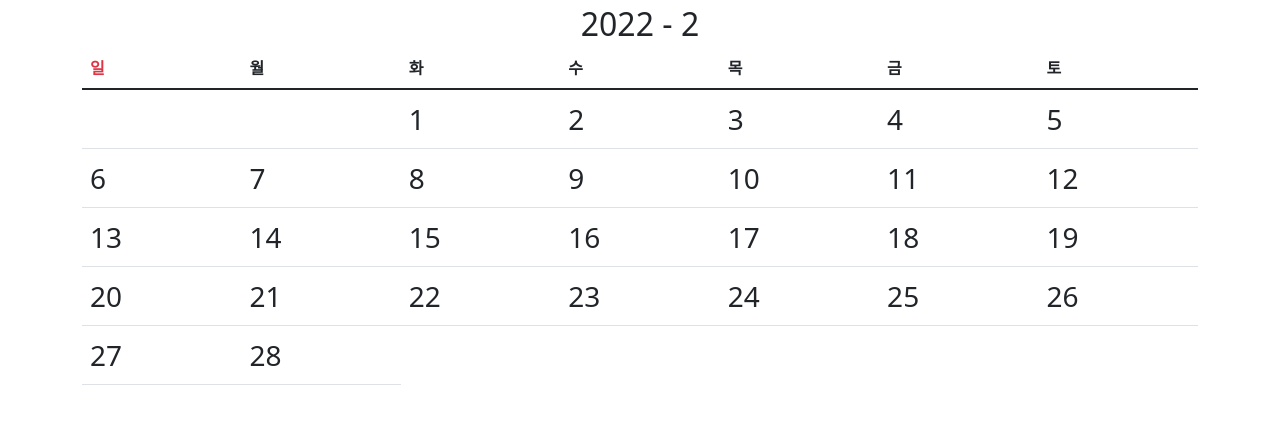
Repository: Visionary1/fullstack-dev-study
Page: http://localhost/Test/lesson02/quiz10.jsp
The author's editor kept a copy of each file at every save. The page is drawn from the files as they stood at one save, then again after the next save.
The browser window is 1280 px wide. The pictures show the whole page.
The page is served by Tomcat 9.

Above is the page before, as saved 2022-02-13 18:08:01.

After the next save:
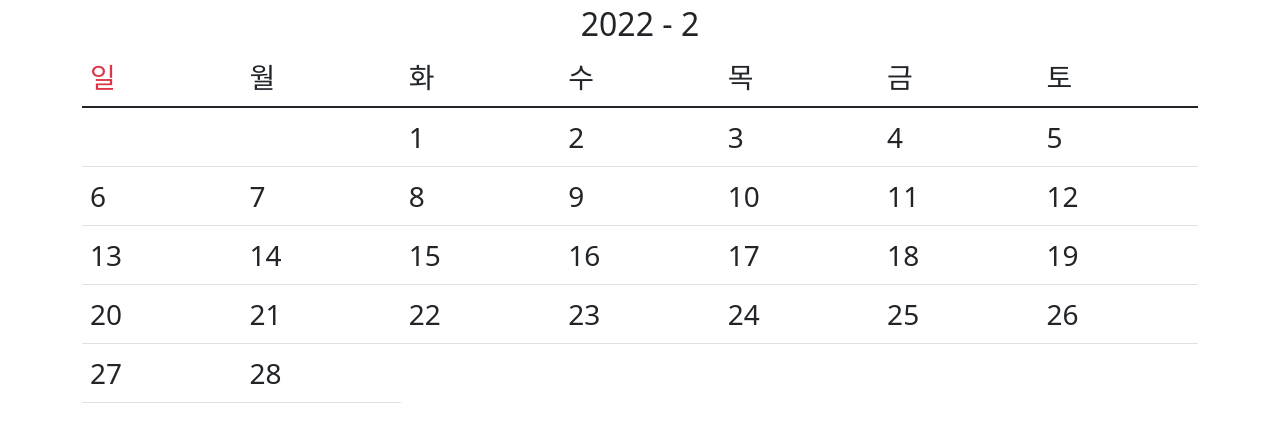
Saved 17 s later.
--- a/4_servlet/workspace/Test/src/main/webapp/lesson02/quiz10.jsp
+++ b/4_servlet/workspace/Test/src/main/webapp/lesson02/quiz10.jsp
@@ -49,7 +49,7 @@
 					<%
 					for (String day : values) {
 					%>
-					<th class="<%= day.equals("일") ? "text-danger" : "" %>"><%=day%></th>
+					<th class="fw-light fs-3 <%= day.equals("일") ? "text-danger" : "" %>"><%=day%></th>
 
 					<%
 					}
